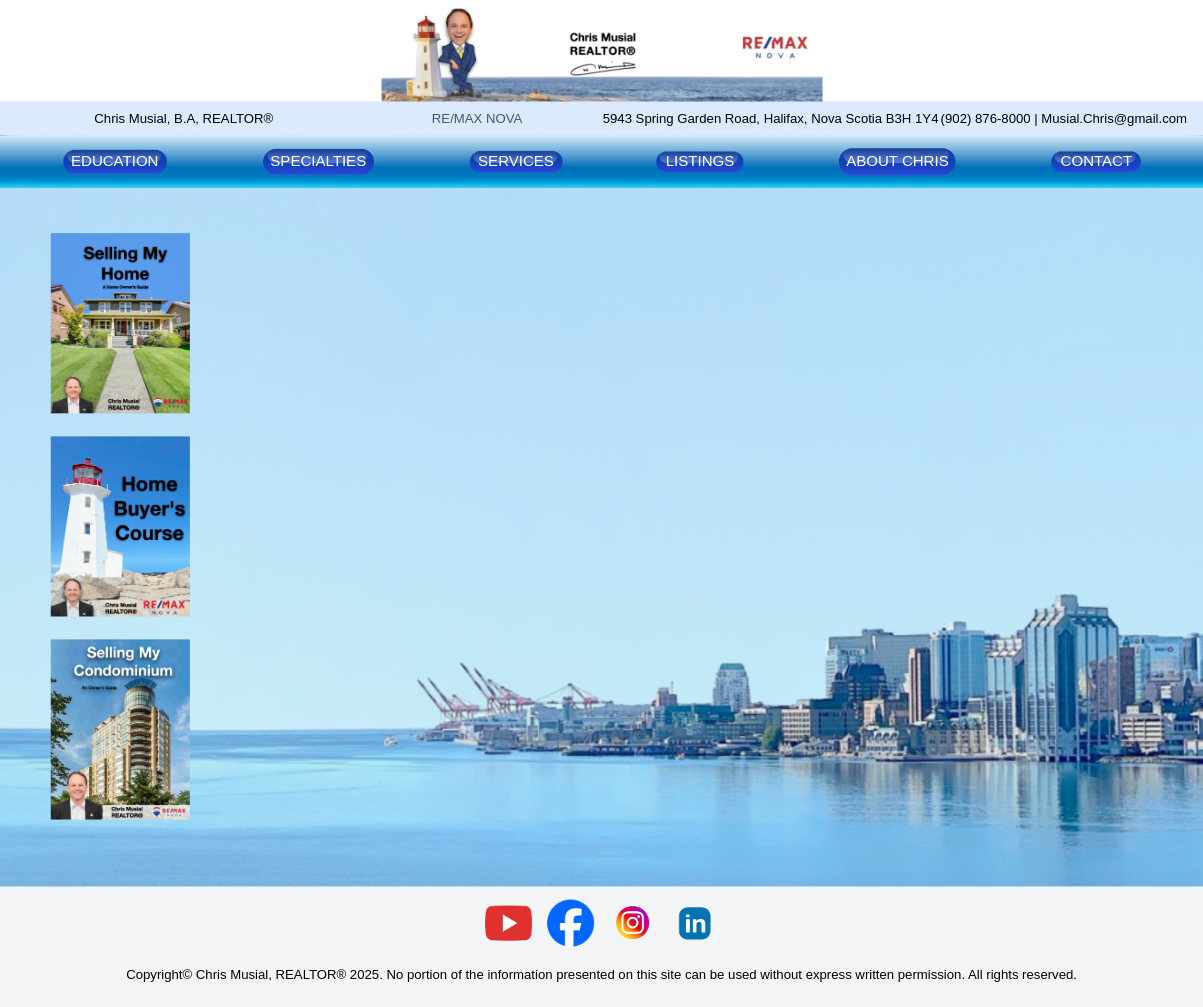
Repository: TMuse333/father-website
Page: / (app in frontend/)
These files come from the project's save history. The page is drawn as it stood at one moment and after a run of saves; the edit follows.
The browser window is 1280 px wide. The pictures show the whole page, at 94% of full size.
The project was rebuilt for these pictures with package versions that can differ from the ones it lists, and the page was loaded fresh each time. The framework's server and built-in components were replaced by stand-ins that run in the browser. Also part of the build but not shown: frontend/next.config.ts.

Above is the page before, as saved 2025-05-24 16:12:55.

After the next 2 saves:
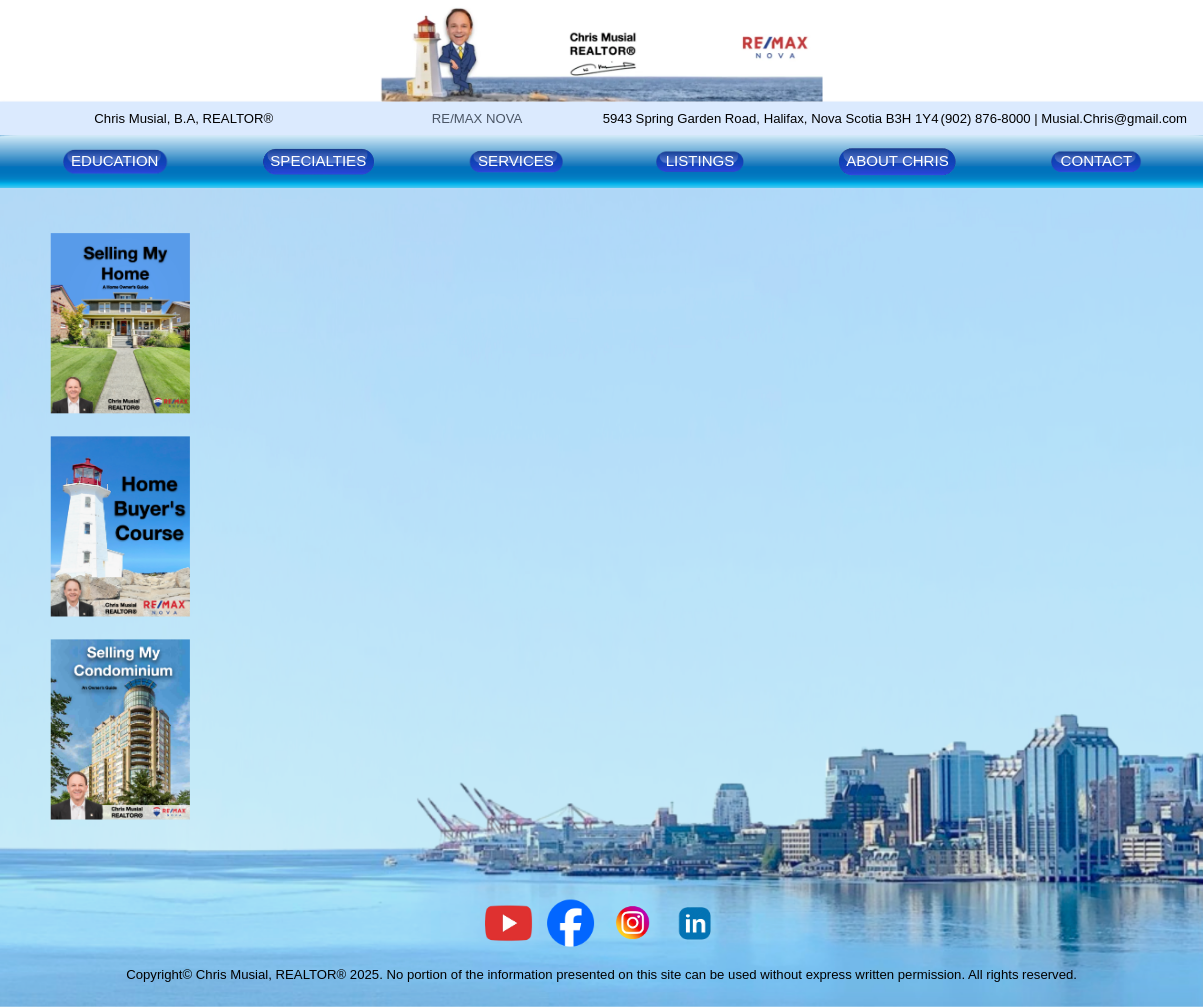
The 2 saves are shown as one change because they came seconds apart.
The last was saved 12 s later.
--- a/frontend/src/components/homepage/homepage.tsx
+++ b/frontend/src/components/homepage/homepage.tsx
@@ -43,7 +43,7 @@
         alt="Cityscape Background"
         fill
         className="object-cover z-0 object-[0_140%]
-        sm:object-[0_120%]"
+        sm:object-[0_120%] md:object-[0_100%]"
         priority
         // style={{ objectPosition: "0 100%" }}
       />
